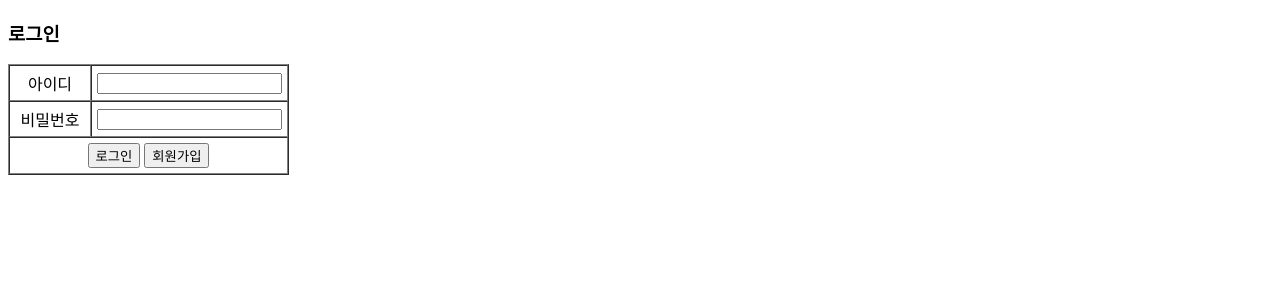
Repository: dahye1013/java-basic-learning
Page: http://localhost/memberJSP/member/loginForm.jsp
An editor plug-in stored every save of this project. The page is shown before and after the next save, followed by the edit.
The browser window is 1280 px wide. The pictures show the whole page.
The page is served by Tomcat 9. Other server files are loaded and not shown.

Above is the page before, as saved 2020-06-04 09:11:52.

### memberJSP/WebContent/member/loginForm.jsp
<%@page import="member.dao.MemberDAO"%>
<%@ page language="java" contentType="text/html; charset=UTF-8"
    pageEncoding="UTF-8"%>
<!DOCTYPE html>

<html>
<head>
<meta charset="UTF-8">
<title>로그인</title>
</head>
<body>
	<h3>로그인</h3>
	<form name="loginForm" method="post" action="login.jsp">
		<table border="1" cellspacing="0" cellpadding="5">
			<tr>
				<td width="70" align="center">아이디</td>
				<td><input type="text" name="id"></td>
			</tr>
			<tr>
				<td width="70" align="center">비밀번호</td>
				<td><input type="password" name="pwd"></td>
			</tr>
			<tr>
				<td colspan="2" align="center">
				<input type="button" value="로그인"
					onclick="checkLoginForm()"> <input type="button"
					value="회원가입" onclick=javascrpit:location.href='writeForm.jsp'>
				</td>
			</tr>

		</table>
	</form>


</body>

<script type="text/javascript" src="../js/member.js">
</script>
</html>

### memberJSP/WebContent/js/member.js
function checkWriteForm() {
	if(document.getElementById("name").value == ""){
		alert("이름을 입력하세요");
		document.writeForm.name.focus();
	}else if (document.writeForm.id.value == ""){
		alert("아이디를 입력하세요");
		document.writeForm.id.focus();
	}else if (document.writeForm.pwd.value == ""){
		alert("비밀번호를 입력하세요");
		document.writeForm.pwd.focus();
	}else if (document.writeForm.repwd.value == ""){
		alert("비밀번호 재입력하세요");
		document.writeForm.repwd.focus();
	}else if (document.writeForm.pwd.value != document.writeForm.repwd.value){
		alert("비밀번호가 일치하지 않습니다.");
	}else if(document.writeForm.idDuplication.value == "idUncheck"){
		alert("중복체크하십시오.");
	}else{
		alert("회원가입성공.");
		//document.writeForm.submit();
	}
}


function checkLoginForm() {
	if (document.loginForm.id.value == ""){
		alert("아이디를 입력하세요");
		document.loginForm.id.focus();
	}else if (document.loginForm.pwd.value == ""){
		alert("비밀번호를 입력하세요");
		document.loginForm.pwd.focus();
	}else
		document.loginForm.submit();
}

function checkId(){
	let id = document.writeForm.id.value;
	if(id == ""){
		alert("아이디를 입력하세요");
	}else
		window.open("checkId.jsp?id="+id,"","width=300 height=100 location=yes")
}

function checkIdClose(id) {
		opener.writeForm.id.value = id;
		// 열려있는 창들 중에 WirteForm에서 id.value 값을 쥐어준다.
		opener.writeForm.idDuplication.value = "idCheck";
		window.close();
		opener.wrtieForm.pwd.focus();wr
	}


function checkPost(){
	window.open("checkPost.jsp" ,"", "width=500 height=500");
}

function inputIdChk(){
	//alert("idUnCheck로 변환");
	document.writeForm.idDuplication.value = "idUncheck";
}

function IdChk(){
	opener.writeForm.idDuplication.value = "idCheck";
}

function checkPost(){
	window.open("checkPost.jsp","","width+500 height=500 scrollbars=yes");
}

function checkPostClose(zipcode, address){
	opener.writeForm.zipcode.value = zipcode;
	opener.writeForm.addr1.value = address;
	window.close();

	opener.writeForm.addr2.focus();
}

function writeInfo(id){
	document.writeForm.id.value = id;
	document.writeForm.pwd.value = pwd;
	document.writeForm.name.value = name;

}

After the next save:
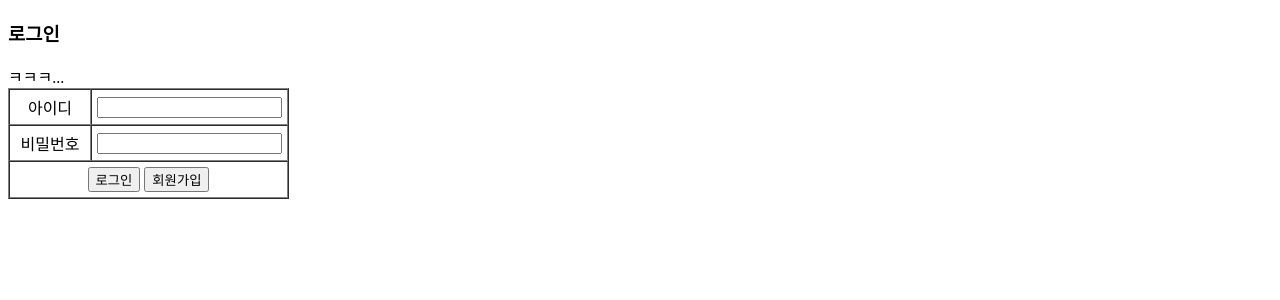
Saved 4 s later.
--- a/memberJSP/WebContent/member/loginForm.jsp
+++ b/memberJSP/WebContent/member/loginForm.jsp
@@ -25,7 +25,7 @@
 				<input type="button" value="로그인"
 					onclick="checkLoginForm()"> <input type="button"
 					value="회원가입" onclick=javascrpit:location.href='writeForm.jsp'>
-				</td>
+				</td>ㅋㅋㅋ...
 			</tr>
 
 		</table>
